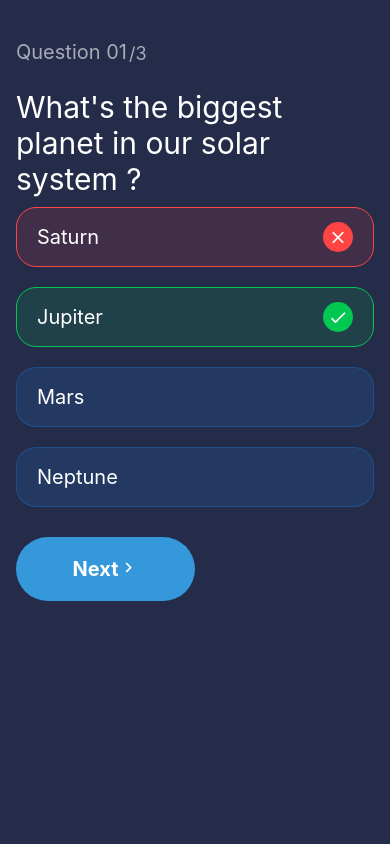
Repository: ds-mbappe/Quiz
Screen: /, after clicking the first element matching `div.r-transitionProperty-1i6wzkk`
An editor plug-in stored every save of this project. The screen is shown before and after the next save, followed by the edit.
The app was drawn by React Native's web renderer in a window 390 px wide. The project was rebuilt for these pictures with package versions that can differ from the ones it lists, and the page was loaded fresh each time.

Above is the screen before, as saved 2022-05-28 22:41:21.

### App.js
import React from 'react'
import { SafeAreaView, StyleSheet, Text } from 'react-native';
import { Quiz } from './screens';

const App = () => {
  return (
    <Quiz />
  )
}

export default App

const styles = StyleSheet.create({})

### screens/index.js
import Quiz from "./Quiz";

export {
    Quiz
}

### screens/Quiz.js
import React, { useState } from 'react'
import { SafeAreaView, StatusBar, StyleSheet, Text, TouchableOpacity, View } from 'react-native'
import { COLORS, SIZES } from '../constants';
import data from '../data/QuizData';
import MaterialCommunityIcons from 'react-native-vector-icons/MaterialCommunityIcons';

const Quiz = () => {

  const allQuestions = data;
  const [currentQuestionIndex, setCurrentQuestionIndex] = useState(0)
  const [currentOptionSelected, setCurrentOptionSelected] = useState(null);
  const [correctOption, setCorrectOption] = useState(null);
  const [isOptionDisabled, setIsOptionDisabled] = useState(false);
  const [score, setScore] = useState(0);
  const [showNextbutton, setShowNextButton] = useState(false);

  const validateAnswer = (selectedOption) => {
    let correct_option = allQuestions[currentQuestionIndex]['correct_option'];
    setCurrentOptionSelected(selectedOption);
    setCorrectOption(correct_option);
    setIsOptionDisabled(true);
    if(selectedOption == correct_option) {
      setScore(score + 1);
    }

    // Show Next Button
    setShowNextButton(true);
  }

  const renderQuestion = () => {
    return (
      <View>
        {/* Question Counter */}
        <View style={styles.questions}>
          <Text style={{color: COLORS.white, fontSize: 20, opacity: 0.6, marginRight: 2}}>{"Question " + currentQuestionIndex + 1}</Text>
          <Text style={{color: COLORS.white, fontSize: 18, opacity: 0.6}}>/{allQuestions.length}</Text>
        </View>

        <View style={{height: 25}}>
        </View>

        {/* Question */}
        <Text style={{color: COLORS.white, fontSize: 30}}>{allQuestions[currentQuestionIndex]?.question}</Text>
      </View>
    )
  }

  const renderOptions = () => {
    return (
      <View>
        {
          allQuestions[currentQuestionIndex]?.options.map(option => (
            <TouchableOpacity
              onPress={() => validateAnswer(option)}
              disabled={isOptionDisabled}
              key={option}
              style={{
                borderWidth: 1,
                borderColor: option == correctOption
                  ? COLORS.success
                  : option == currentOptionSelected
                    ? COLORS.error
                    : COLORS.secondary + '40',
                backgroundColor: option == correctOption
                ? COLORS.success + '20'
                : option == currentOptionSelected
                  ? COLORS.error + '20'
                  : COLORS.secondary + '20',
                height: 60,
                borderRadius: 20,
                flexDirection: 'row',
                alignItems: 'center',
                justifyContent: 'space-between',
                paddingHorizontal: 20,
                marginVertical: 10
              }}>
              <Text style={{ fontSize: 20, color: COLORS.white }}>{option}</Text>

              {/* Show Check or Cross based on answer */}
              {
                option == correctOption ? (
                  <View style={{
                    width: 30,
                    height: 30,
                    borderRadius: 30 / 2,
                    backgroundColor: COLORS.success,
                    justifyContent: 'center',
                    alignItems: 'center'
                  }}>
                    <MaterialCommunityIcons name="check" style={{
                      color: COLORS.white,
                      fontSize: 20
                    }} />
                  </View>
                ) : option == currentOptionSelected ?(
                  <View style={{
                    width: 30,
                    height: 30,
                    borderRadius: 30 / 2,
                    backgroundColor: COLORS.error,
                    justifyContent: 'center',
                    alignItems: 'center'
                  }}>
                    <MaterialCommunityIcons name="close" style={{
                      color: COLORS.white,
                      fontSize: 20
                    }} />
                  </View>
                ) : null
              }
            </TouchableOpacity>
          ))
        }
      </View>
    )
  }

  const renderNextButton = () => {
    if (showNextbutton) {
      return (
        <TouchableOpacity style={{display: 'flex', justifyContent: 'center', flexDirection: 'row', marginTop: 20, width: '50%', backgroundColor: COLORS.accent, padding: 20, borderRadius: 50}}>
          <Text style={{fontSize: 20, fontWeight: 'bold', color: COLORS.white, textAlign: 'center'}}>Next</Text>
          <MaterialCommunityIcons style={{fontSize: 20, fontWeight: 'bold', color: COLORS.white, textAlign: 'center'}} name='chevron-right'/>
        </TouchableOpacity>
      )
    }
    else {
      return null;
    }
  }

  return (
    <SafeAreaView style={styles.container}>
      <StatusBar barStyle='light-content' backgroundColor={COLORS.primary} />
      <View style={styles.mainView}>

        {/* ProgressBar */}

        {/* Question */}
        {renderQuestion()}

        {/* Options */}
        {renderOptions()}

        {/* Next Button */}
        {renderNextButton()}

      </View>
    </SafeAreaView>
  )
}

export default Quiz

const styles = StyleSheet.create({
  container: {
    flex: 1,
    backgroundColor: COLORS.background
  },
  mainView: {
    flex: 1,
    paddingVertical: 40,
    paddingHorizontal: 16,
    backgroundColor: COLORS.background,
    position: 'relative',
  },
  questions: {
    flexDirection: 'row',
    alignItems: 'flex-end',
  }
})

### data/QuizData.js
let data = [
    {
        question: "What's the biggest planet in our solar system ?",
        options: ["Saturn", "Jupiter", "Mars", "Neptune"],
        correct_option: "Jupiter"
    },
    {
        question: "Which animal can open his mouth the widest ?",
        options: ["Crocodile", "Lion", "Gorilla", "Hippo"],
        correct_option: "Hippo"
    },
    {
        question: "WHat is the largest animal on earth ?",
        options: ["The lion King", "The giraffe", "The blue whale", "The elephant"],
        correct_option: "The blue whale"
    },
    // {
    //     question: ,
    //     options: ,
    //     correct_option:
    // },
    // {
    //     question: ,
    //     options: ,
    //     correct_option:
    // }
]

export default data;

### constants/theme.js
import { Dimensions } from "react-native";
const { width, height } = Dimensions.get('window');

export const COLORS = {
    primary: "#252C4A",
    secondary: "#1E90FF",
    accent: "#3498DB",

    success: "#00C851",
    error: "#FF4444",

    black: "#171717",
    white: "#FFFFFF",
    background: "#252C4A"
}

export const SIZES = {
    base: 10,
    width,
    height
}

Loaded but not shown: constants/index.js (common file)

After the next save:
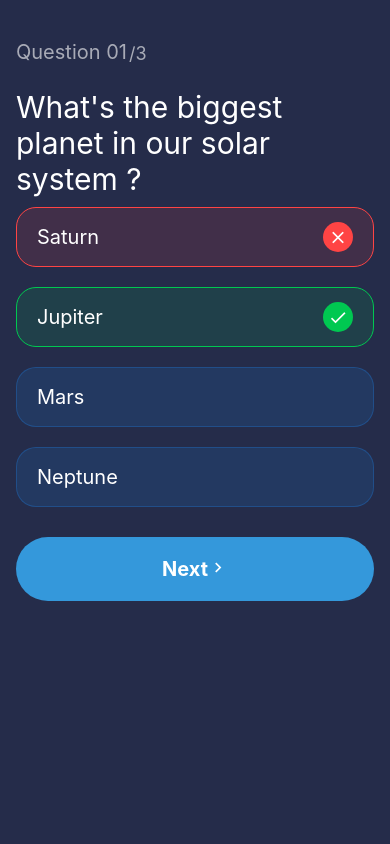
Saved 4 s later.
--- a/screens/Quiz.js
+++ b/screens/Quiz.js
@@ -118,7 +118,7 @@ const Quiz = () => {
   const renderNextButton = () => {
     if (showNextbutton) {
       return (
-        <TouchableOpacity style={{display: 'flex', justifyContent: 'center', flexDirection: 'row', marginTop: 20, width: '50%', backgroundColor: COLORS.accent, padding: 20, borderRadius: 50}}>
+        <TouchableOpacity style={{display: 'flex', justifyContent: 'center', flexDirection: 'row', marginTop: 20, width: '100%', backgroundColor: COLORS.accent, padding: 20, borderRadius: 50}}>
           <Text style={{fontSize: 20, fontWeight: 'bold', color: COLORS.white, textAlign: 'center'}}>Next</Text>
           <MaterialCommunityIcons style={{fontSize: 20, fontWeight: 'bold', color: COLORS.white, textAlign: 'center'}} name='chevron-right'/>
         </TouchableOpacity>
